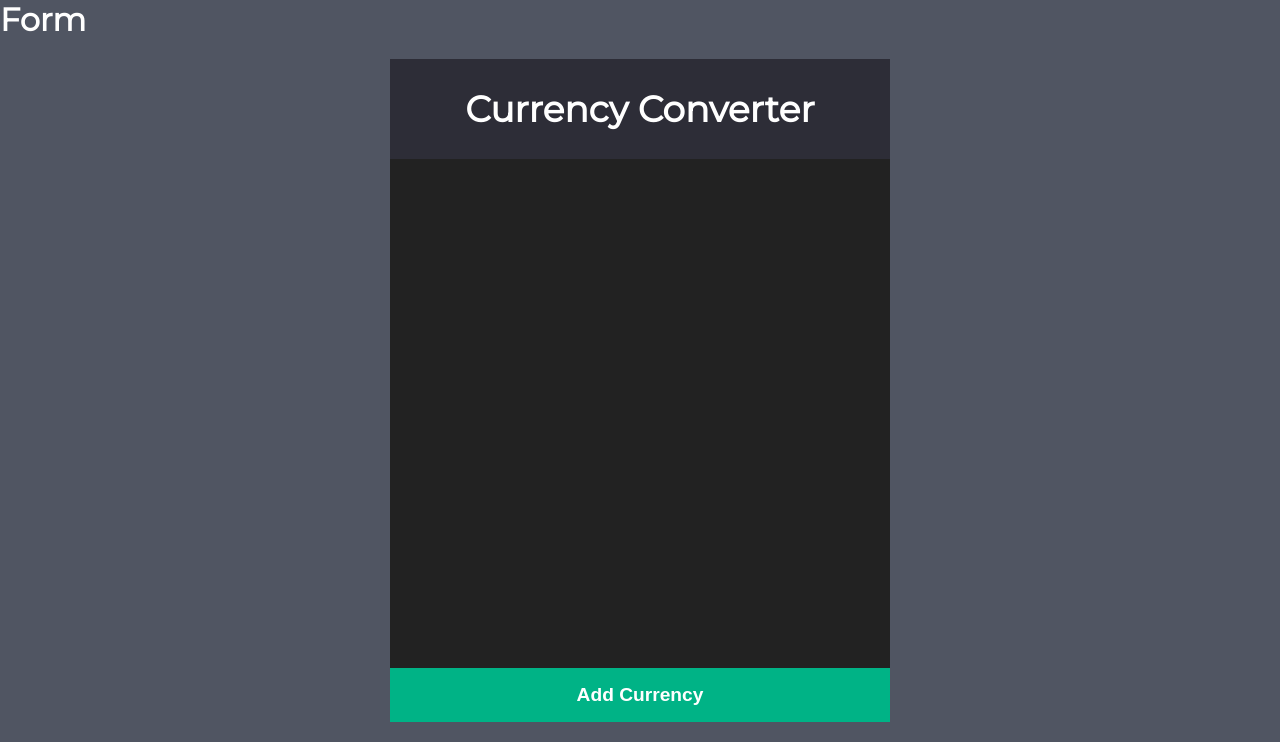
Repository: Sp4ngl3r/Currency-Converter
Page: currency.html
An editor plug-in stored every save of this project. The page is shown before and after the next save, followed by the edit.
The browser window is 1280 px wide. The pictures show the whole page.
The page's requests for data from a server got no answer.

Above is the page before, as saved 2020-04-18 17:48:50.

### currency.html
<html>
  <head>
    <title>Form</title>
    <script src="currency.js"></script>
    <link rel="stylesheet" href="currency.css" />
  </head>
  <body>
    <h1>Form</h1>
    <div class="container">
      <div class="header">
        <h1>Currency Converter</h1>
      </div>
      <div class="date"></div>
      <ul class="currencies"></ul>
      <button class="add-currency-btn">
        <i class="fas fa-long-arrow-alt-left"></i>Add Currency
      </button>
      <ul class="add-currency-list"></ul>
    </div>
  </body>
</html>

### currency.js
// Global Variables

const addCurrencyBtn = document.querySelector(".add-currency-btn");
const addCurrencyList = document.querySelector(".add-currency-list");
const currenciesList = document.querySelector(".currencies");

const dataURL = "https://api.exchangeratesapi.io/latest";

const initiallyDisplayedCurrencies = ["USD", "EUR", "GBP", "JPY", "RUB"];
let baseCurrency;
let baseCurrencyAmount;

let currencies = [
  {
    name: "US Dollar",
    abbreviation: "USD",
    symbol: "\u0024",
    flagURL: "http://www.geonames.org/flags/l/us.gif",
  },
  {
    name: "Euro",
    abbreviation: "EUR",
    symbol: "\u20AC",
    flagURL:
      "https://upload.wikimedia.org/wikipedia/commons/b/b7/Flag_of_Europe.svg",
  },
  {
    name: "Japanese Yen",
    abbreviation: "JPY",
    symbol: "\u00A5",
    flagURL: "http://www.geonames.org/flags/l/jp.gif",
  },
  {
    name: "British Pound",
    abbreviation: "GBP",
    symbol: "\u00A3",
    flagURL: "http://www.geonames.org/flags/l/uk.gif",
  },
  {
    name: "Australian Dollar",
    abbreviation: "AUD",
    symbol: "\u0024",
    flagURL: "http://www.geonames.org/flags/l/au.gif",
  },
  {
    name: "Canadian Dollar",
    abbreviation: "CAD",
    symbol: "\u0024",
    flagURL: "http://www.geonames.org/flags/l/ca.gif",
  },
  {
    name: "Swiss Franc",
    abbreviation: "CHF",
    symbol: "\u0043\u0048\u0046",
    flagURL: "http://www.geonames.org/flags/l/ch.gif",
  },
  {
    name: "Chinese Yuan Renminbi",
    abbreviation: "CNY",
    symbol: "\u00A5",
    flagURL: "http://www.geonames.org/flags/l/cn.gif",
  },
  {
    name: "Swedish Krona",
    abbreviation: "SEK",
    symbol: "\u006B\u0072",
    flagURL: "http://www.geonames.org/flags/l/se.gif",
  },
  {
    name: "New Zealand Dollar",
    abbreviation: "NZD",
    symbol: "\u0024",
    flagURL: "http://www.geonames.org/flags/l/nz.gif",
  },
  {
    name: "Mexican Peso",
    abbreviation: "MXN",
    symbol: "\u0024",
    flagURL: "http://www.geonames.org/flags/l/mx.gif",
  },
  {
    name: "Singapore Dollar",
    abbreviation: "SGD",
    symbol: "\u0024",
    flagURL: "http://www.geonames.org/flags/l/sg.gif",
  },
  {
    name: "Hong Kong Dollar",
    abbreviation: "HKD",
    symbol: "\u0024",
    flagURL: "http://www.geonames.org/flags/l/hk.gif",
  },
  {
    name: "Norwegian Krone",
    abbreviation: "NOK",
    symbol: "\u006B\u0072",
    flagURL: "http://www.geonames.org/flags/l/no.gif",
  },
  {
    name: "South Korean Won",
    abbreviation: "KRW",
    symbol: "\u20A9",
    flagURL: "http://www.geonames.org/flags/l/kr.gif",
  },
  {
    name: "Turkish Lira",
    abbreviation: "TRY",
    symbol: "\u20BA",
    flagURL: "http://www.geonames.org/flags/l/tr.gif",
  },
  {
    name: "Russian Ruble",
    abbreviation: "RUB",
    symbol: "\u20BD",
    flagURL: "http://www.geonames.org/flags/l/ru.gif",
  },
  {
    name: "Indian Rupee",
    abbreviation: "INR",
    symbol: "\u20B9",
    flagURL: "http://www.geonames.org/flags/l/in.gif",
  },
  {
    name: "Brazilian Real",
    abbreviation: "BRL",
    symbol: "\u0052\u0024",
    flagURL: "http://www.geonames.org/flags/l/br.gif",
  },
  {
    name: "South African Rand",
    abbreviation: "ZAR",
    symbol: "\u0052",
    flagURL: "http://www.geonames.org/flags/l/za.gif",
  },
  {
    name: "Philippine Peso",
    abbreviation: "PHP",
    symbol: "\u20B1",
    flagURL: "http://www.geonames.org/flags/l/ph.gif",
  },
  {
    name: "Czech Koruna",
    abbreviation: "CZK",
    symbol: "\u004B\u010D",
    flagURL: "http://www.geonames.org/flags/l/cz.gif",
  },
  {
    name: "Indonesian Rupiah",
    abbreviation: "IDR",
    symbol: "\u0052\u0070",
    flagURL: "http://www.geonames.org/flags/l/id.gif",
  },
  {
    name: "Malaysian Ringgit",
    abbreviation: "MYR",
    symbol: "\u0052\u004D",
    flagURL: "http://www.geonames.org/flags/l/my.gif",
  },
  {
    name: "Hungarian Forint",
    abbreviation: "HUF",
    symbol: "\u0046\u0074",
    flagURL: "http://www.geonames.org/flags/l/hu.gif",
  },
  {
    name: "Icelandic Krona",
    abbreviation: "ISK",
    symbol: "\u006B\u0072",
    flagURL: "http://www.geonames.org/flags/l/is.gif",
  },
  {
    name: "Croatian Kuna",
    abbreviation: "HRK",
    symbol: "\u006B\u006E",
    flagURL: "http://www.geonames.org/flags/l/hr.gif",
  },
  {
    name: "Bulgarian Lev",
    abbreviation: "BGN",
    symbol: "\u043B\u0432",
    flagURL: "http://www.geonames.org/flags/l/bg.gif",
  },
  {
    name: "Romanian Leu",
    abbreviation: "RON",
    symbol: "\u006C\u0065\u0069",
    flagURL: "http://www.geonames.org/flags/l/ro.gif",
  },
  {
    name: "Danish Krone",
    abbreviation: "DKK",
    symbol: "\u006B\u0072",
    flagURL: "http://www.geonames.org/flags/l/dk.gif",
  },
  {
    name: "Thai Baht",
    abbreviation: "THB",
    symbol: "\u0E3F",
    flagURL: "http://www.geonames.org/flags/l/th.gif",
  },
  {
    name: "Polish Zloty",
    abbreviation: "PLN",
    symbol: "\u007A\u0142",
    flagURL: "http://www.geonames.org/flags/l/pl.gif",
  },
  {
    name: "Israeli Shekel",
    abbreviation: "ILS",
    symbol: "\u20AA",
    flagURL: "http://www.geonames.org/flags/l/il.gif",
  },
];

// Event Listeners

if (addCurrencyBtn) {
  addCurrencyBtn.addEventListener("click", addCurrencyBtnClick);
}

function addCurrencyBtnClick(event) {
  addCurrencyBtn.classList.toggle("open");
}

if (addCurrencyList) {
  addCurrencyList.addEventListener("click", addCurrencyListClick);
}

function addCurrencyListClick(event) {
  const clickedListItem = event.target.closest("li");
  if (!clickedListItem.classList.contains("disabled")) {
    const newCurrency = currencies.find(
      (c) => c.abbreviation === clickedListItem.getAttribute("data-currency")
    );
    if (newCurrency) newCurrenciesListItem(newCurrency);
  }
}

if (currenciesList) {
  currenciesList.addEventListener("click", currenciesListClick);
}

function currenciesListClick(event) {
  if (event.target.classList.contains("close")) {
    const parentNode = event.target.parentNode;
    parentNode.remove();
    addCurrencyList
      .querySelector(`[data-currency=${parentNode.id}]`)
      .classList.remove("disabled");
    if (parentNode.classList.contains("base-currency")) {
      const newBaseCurrencyLI = currenciesList.querySelector(".currency");
      if (newBaseCurrencyLI) {
        setNewBaseCurrency(newBaseCurrencyLI);
        baseCurrencyAmount = Number(
          newBaseCurrencyLI.querySelector(".input input").value
        );
      }
    }
  }
}

function setNewBaseCurrency(newBaseCurrencyLI) {
  newBaseCurrencyLI.classList.add("base-currency");
  baseCurrency = newBaseCurrencyLI.id;
  const baseCurrencyRate = currencies.find(
    (currency) => currency.abbreviation === baseCurrency
  ).rate;
  currenciesList.querySelectorAll(".currency").forEach((currencyLI) => {
    const currencyRate = currencies.find(
      (currency) => currency.abbreviation === currencyLI.id
    ).rate;
    const exchangeRate =
      currencyLI.id === baseCurrency
        ? 1
        : (currencyRate / baseCurrencyRate).toFixed(4);
    currencyLI.querySelector(
      ".base-currency-rate"
    ).textContent = `1 ${baseCurrency} = ${exchangeRate} ${currencyLI.id}`;
  });
}

if (currenciesList) {
  currenciesList.addEventListener("input", currenciesListInputChange);
}

function currenciesListInputChange(event) {
  const isNewBaseCurrency = event.target.closest("li").id !== baseCurrency;
  if (isNewBaseCurrency) {
    currenciesList
      .querySelector(`#${baseCurrency}`)
      .classList.remove("base-currency");
    setNewBaseCurrency(event.target.closest("li"));
  }
  const newBaseCurrencyAmount = isNaN(event.target.value)
    ? 0
    : Number(event.target.value);
  if (baseCurrencyAmount !== newBaseCurrencyAmount || isNewBaseCurrency) {
    baseCurrencyAmount = newBaseCurrencyAmount;
    const baseCurrencyRate = currencies.find(
      (currency) => currency.abbreviation === baseCurrency
    ).rate;
    currenciesList.querySelectorAll(".currency").forEach((currencyLI) => {
      if (currencyLI.id !== baseCurrency) {
        const currencyRate = currencies.find(
          (currency) => currency.abbreviation === currencyLI.id
        ).rate;
        const exchangeRate =
          currencyLI.id === baseCurrency
            ? 1
            : (currencyRate / baseCurrencyRate).toFixed(4);
        currencyLI.querySelector(".input input").value =
          exchangeRate * baseCurrencyAmount !== 0
            ? (exchangeRate * baseCurrencyAmount).toFixed(4)
            : "";
      }
    });
  }
}

if (currenciesList) {
  currenciesList.addEventListener("focusout", currenciesListFocusOut);
}

function currenciesListFocusOut(event) {
  const inputValue = event.target.value;
  if (isNaN(inputValue) || Number(inputValue) === 0) event.target.value = "";
  else event.target.value = Number(inputValue).toFixed(4);
}

if (currenciesList) {
  currenciesList.addEventListener("keydown", currenciesListKeyDown);
}

function currenciesListKeyDown(event) {
  if (event.key === "Enter") event.target.blur();
}

// Auxiliary Functions

function populateAddCurrencyList() {
  for (let i = 0; i < currencies.length; i++) {
    if (addCurrencyList) {
      addCurrencyList.insertAdjacentHTML(
        "beforeend",
        `<li data-currency=${currencies[i].abbreviation}>
                  <img src=${currencies[i].flagURL} class="flag"><span>${currencies[i].abbreviation} - ${currencies[i].name}</span>
                </li>`
      );
    }
  }
}

function populateCurrenciesList() {
  for (let i = 0; i < initiallyDisplayedCurrencies.length; i++) {
    const currency = currencies.find(
      (c) => c.abbreviation === initiallyDisplayedCurrencies[i]
    );
    if (currency) newCurrenciesListItem(currency);
  }
}

function newCurrenciesListItem(currency) {
  if (currenciesList.childElementCount === 0) {
    baseCurrency = currency.abbreviation;
    baseCurrencyAmount = 0;
  }
  addCurrencyList
    .querySelector(`[data-currency=${currency.abbreviation}]`)
    .classList.add("disabled");
  const baseCurrencyRate = currencies.find(
    (c) => c.abbreviation === baseCurrency
  ).rate;
  const exchangeRate =
    currency.abbreviation === baseCurrency
      ? 1
      : (currency.rate / baseCurrencyRate).toFixed(4);
  const inputValue = baseCurrencyAmount
    ? (baseCurrencyAmount * exchangeRate).toFixed(4)
    : "";

  currenciesList.insertAdjacentHTML(
    "beforeend",
    `<li class="currency ${
      currency.abbreviation === baseCurrency ? "base-currency" : ""
    }" id=${currency.abbreviation}>
      <img src=${currency.flagURL} class="flag">
      <div class="info">
        <p class="input"><span class="currency-symbol">${
          currency.symbol
        }</span><input placeholder="0.0000" value=${inputValue}></p>
        <p class="currency-name">${currency.abbreviation} - ${currency.name}</p>
        <p class="base-currency-rate">1 ${baseCurrency} = ${exchangeRate} ${
      currency.abbreviation
    }</p>
      </div>
      <span class="close">&times;</span>
    </li>`
  );
}

fetch(dataURL)
  .then((res) => res.json())
  .then((data) => {
    document.querySelector(".date").textContent = data.date;
    data.rates["EUR"] = 1;
    currencies = currencies.filter(
      (currency) => data.rates[currency.abbreviation]
    );
    currencies.forEach(
      (currency) => (currency.rate = data.rates[currency.abbreviation])
    );
    populateAddCurrencyList();
    populateCurrenciesList();
  })
  .catch((err) => console.log(err));

### currency.css
@import url("https://fonts.googleapis.com/css?family=Montserrat");

* {
  margin: 0;
  padding: 0;
  box-sizing: border-box;
}
html {
  font-size: 16px;
}
body {
  font-family: "Montserrat", sans-serif;
  background-color: #505562;
  color: #fff;
}
.container {
  width: 500px;
  margin: 20px auto;
  user-select: none;
  overflow-x: hidden;
  position: relative;
}
.header {
  background-color: #2d2d37;
  text-align: center;
  padding: 1.75rem;
}
.header h1 {
  font-size: 2.25rem;
}
.date {
  background-color: #222;
  text-align: right;
  font-size: 0.75rem;
  padding: 0.75rem 2rem 0.75rem 0;
}
ul.currencies {
  height: calc(100vh - 40px - 100px - 40px - 58px);
  background-color: #222;
  padding: 0 1.5rem 1rem 1.5rem;
  overflow-y: auto;
}
ul.currencies li {
  background-color: #2d2d37;
  border-radius: 5px;
  list-style: none;
  padding: 1rem 1rem 0.75rem 1rem;
  margin-bottom: 1rem;
  position: relative;
}
ul.currencies li:last-child {
  margin-bottom: 0;
}
ul.currencies li.base-currency {
  background-color: #264d73;
}
.flag {
  width: 60px;
  height: 40px;
  border: 1px solid #fff;
  vertical-align: top;
}
.info {
  display: inline-block;
  width: 78%;
}
.info .input span {
  font-size: 1.5rem;
  display: inline-block;
  width: 4rem;
  text-align: center;
}
.info .input input {
  font-size: 1.5rem;
  width: 78%;
  background-color: transparent;
  border: 2px solid #fff;
  border-radius: 5px;
  color: #fff;
  padding: 0.3rem;
  margin-bottom: 0.75rem;
}
.info .currency-name {
  font-size: 1rem;
  font-weight: bold;
  margin-bottom: 0.5rem;
  margin-left: 4rem;
}
.info .base-currency-rate {
  font-size: 0.8rem;
  margin-left: 4rem;
}
ul.currencies li .close {
  position: absolute;
  top: 0;
  right: 0;
  padding: 0 0.5rem;
  font-size: 1.5rem;
  color: #666;
  cursor: pointer;
}
ul.currencies li .close:hover {
  color: #fff;
}

/* Scrollbar */
ul.currencies::-webkit-scrollbar {
  width: 5px;
}
ul.currencies::-webkit-scrollbar-thumb {
  background-color: #2d2d37;
  border-bottom: 1rem solid #222;
}

ul.add-currency-list {
  position: absolute;
  bottom: 54px;
  left: 105%;
  background-color: #f1f1f1;
  color: #333;
  width: 100%;
  height: calc(100vh - 40px - 100px - 55px);
  overflow-y: auto;
  transition: all 0.25s;
}
ul.add-currency-list li {
  list-style: none;
  padding: 0.75rem;
  border-bottom: 1px solid #ddd;
}
ul.add-currency-list li.disabled {
  opacity: 0.7;
  cursor: not-allowed;
}
ul.add-currency-list li .flag {
  width: 3rem;
  height: 2rem;
  vertical-align: middle;
}
ul.add-currency-list li span {
  margin-left: 1rem;
  font-weight: bold;
}

.add-currency-btn {
  background-color: #00b386;
  color: #fff;
  padding: 1rem;
  font-size: 1.2rem;
  font-weight: bold;
  border: none;
  border-top: 3px solid #222;
  outline: none;
  width: 100%;
  cursor: pointer;
  transition: background-color 0.25s;
  position: relative;
}
.add-currency-btn i {
  position: absolute;
  top: 0.6rem;
  left: 30%;
  font-size: 2rem;
  opacity: 0;
  transition: all 0.25s;
}

.add-currency-btn.open {
  background-color: #d9534f;
}
.add-currency-btn.open i {
  opacity: 1;
  left: 1.25rem;
}
.add-currency-btn.open + ul.add-currency-list {
  left: 0;
}
.add-currency-btn.open + ul.add-currency-list li:hover {
  background-color: #ddd;
}

@media (max-width: 600px) {
  html {
    font-size: 14px;
  }
  .container {
    width: 100%;
    margin: 0 auto;
  }
  ul.currencies {
    height: calc(100vh - 83px - 34px - 51px);
  }
  .header h1 {
    font-size: 2rem;
  }
  .flag {
    width: 3rem;
    height: 2rem;
  }
  .info .input span {
    font-size: 1.25rem;
    width: 3.5rem;
  }
  .info .input input {
    font-size: 1.25rem;
    width: 76%;
  }
  .info .currency-name {
    margin-left: 3.5rem;
  }
  .info .base-currency-rate {
    margin-left: 3.5rem;
  }
  ul.add-currency-list {
    bottom: 48px;
    height: calc(100vh - 80px - 51px);
  }
  .add-currency-btn i {
    left: 25%;
    top: 0.65rem;
  }
}

After the next save:
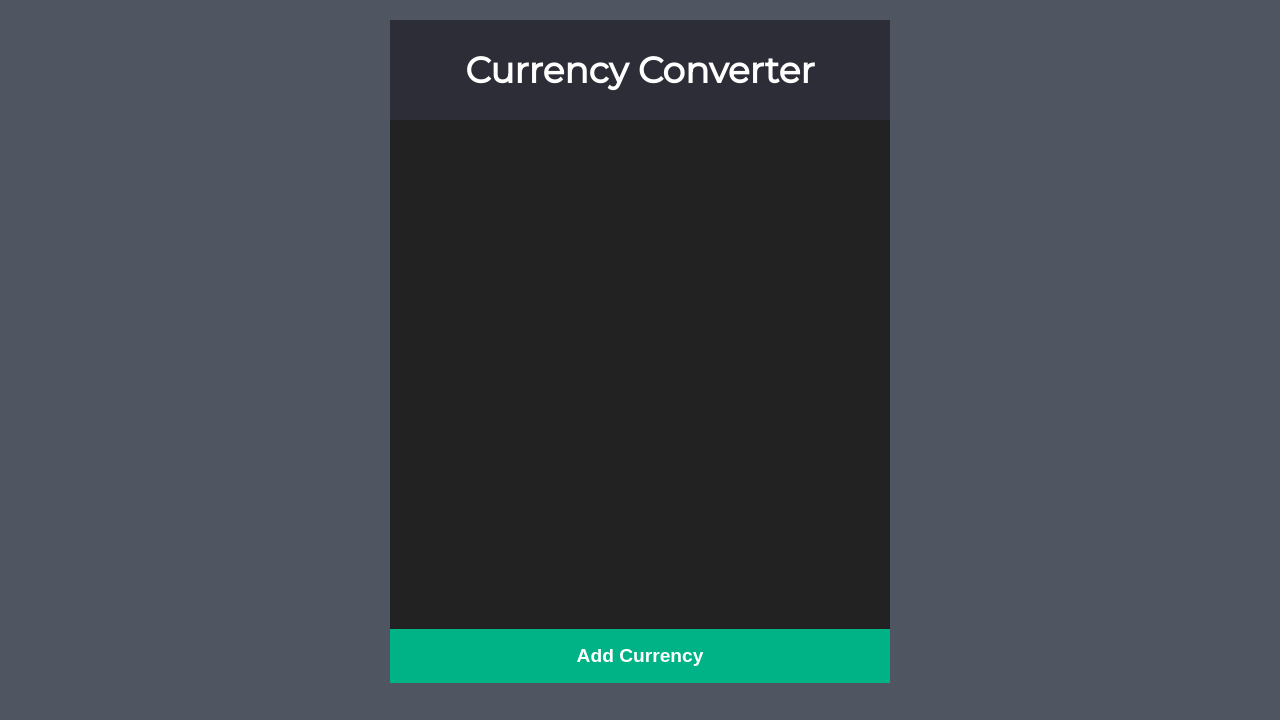
Saved 70 s later.
--- a/currency.html
+++ b/currency.html
@@ -5,7 +5,6 @@
     <link rel="stylesheet" href="currency.css" />
   </head>
   <body>
-    <h1>Form</h1>
     <div class="container">
       <div class="header">
         <h1>Currency Converter</h1>
